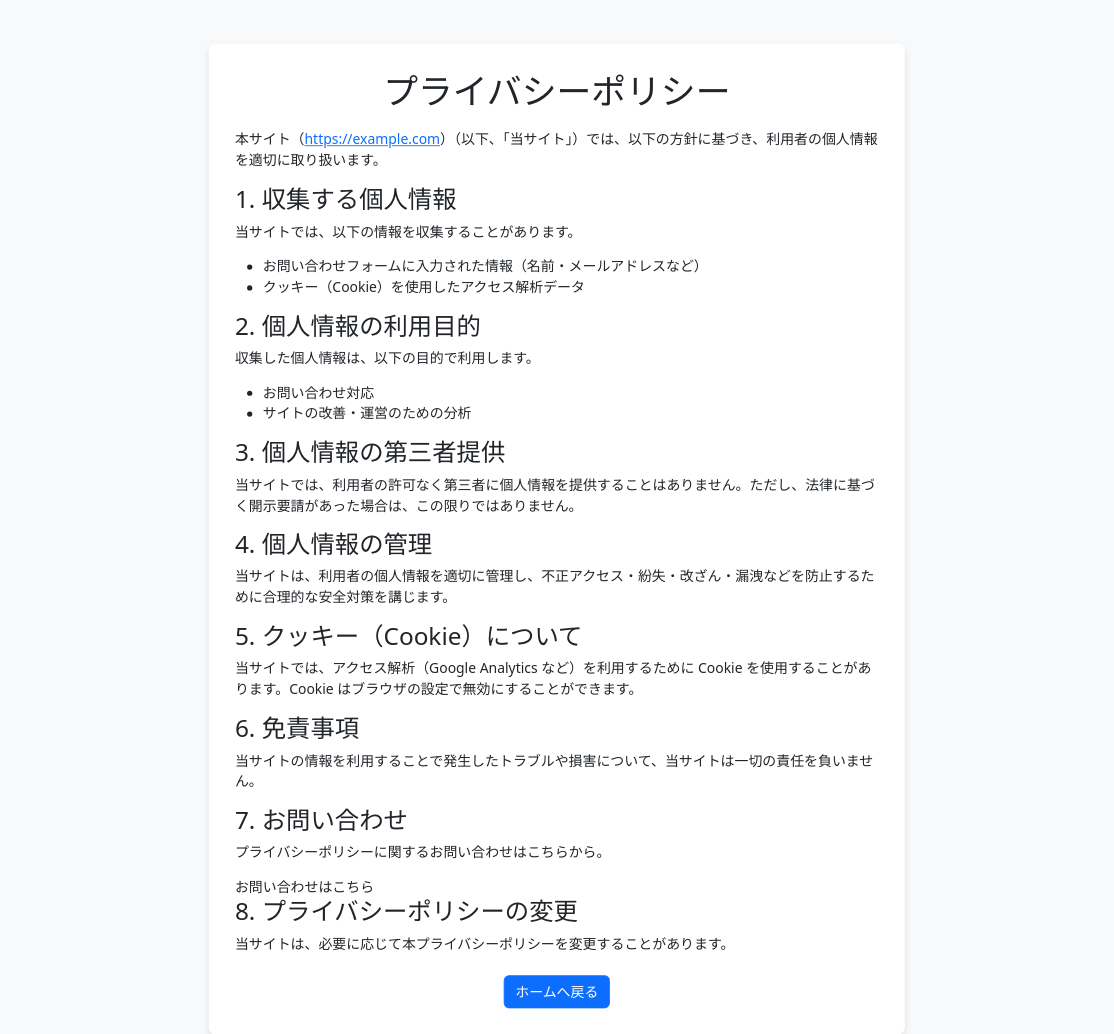
Repository: masa1228ew/original
Page: http://localhost/auth/privacy
An editor plug-in stored every save of this project. The page is shown before and after the next save, followed by the edit.
The browser window is 1280 px wide. The pictures show the whole page, at 87% of full size.
The page is this project's Thymeleaf template; nobody is signed in. The template is opened directly, without the code that normally fills it, so the values that code supplies are empty.

Above is the page before, as saved 2025-02-16 13:45:21.

After the next save:
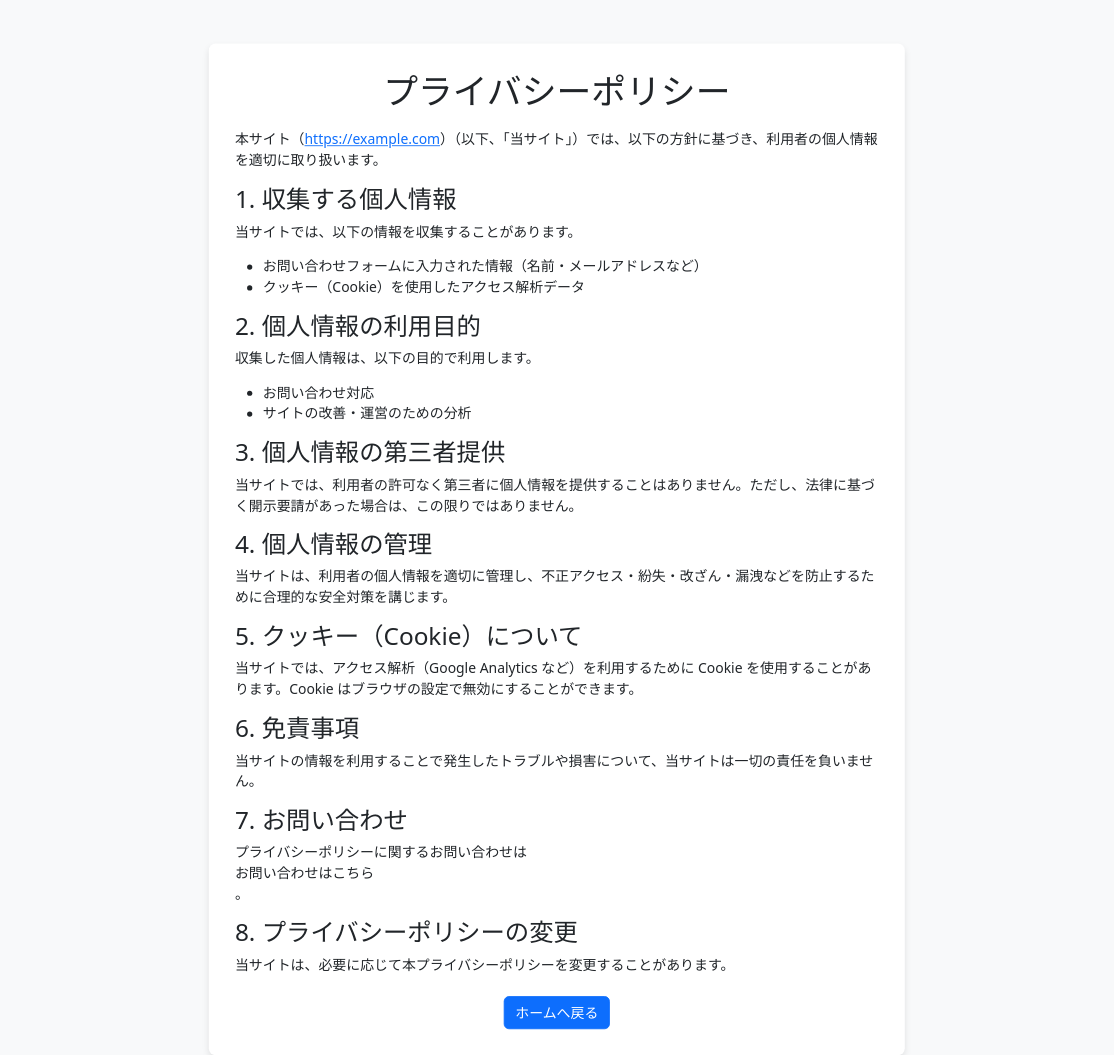
Saved 92 s later.
--- a/original/original/src/main/resources/templates/auth/privacy.html
+++ b/original/original/src/main/resources/templates/auth/privacy.html
@@ -56,10 +56,10 @@
         <p>当サイトの情報を利用することで発生したトラブルや損害について、当サイトは一切の責任を負いません。</p>
 
         <h3>7. お問い合わせ</h3>
-        <p>プライバシーポリシーに関するお問い合わせはこちらから。</p>
-       <a class="nav-link" th:href="@{/inquiry}">
+        <p>プライバシーポリシーに関するお問い合わせは<a class="nav-link" th:href="@{/inquiry}">
 					お問い合わせはこちら
-				</a>
+				</a>。</p>
+
 
         <h3>8. プライバシーポリシーの変更</h3>
         <p>当サイトは、必要に応じて本プライバシーポリシーを変更することがあります。</p>
